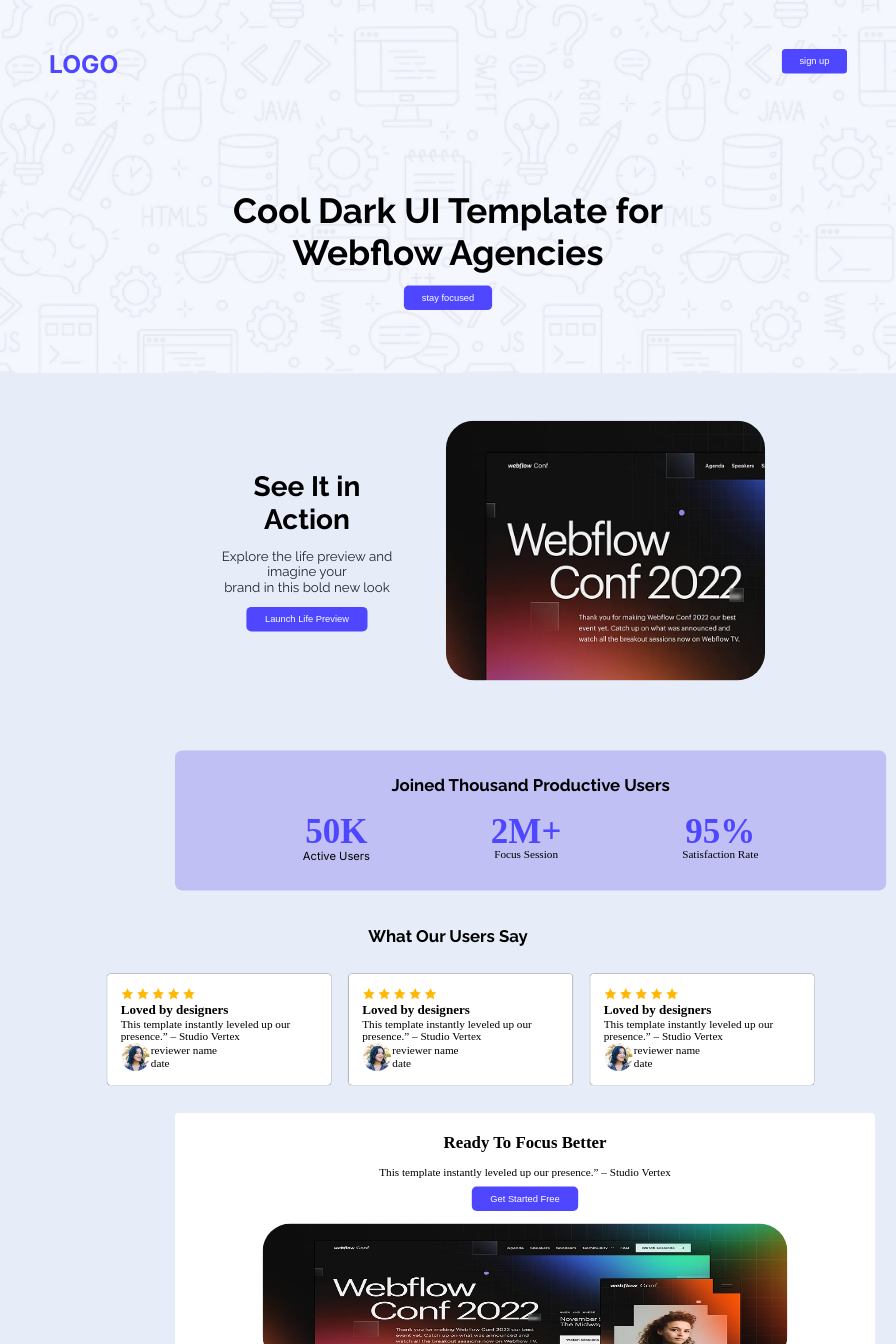
Repository: dollyrakhe22/landing-launchpad
Page: index.html
An editor plug-in stored every save of this project. The page is shown before and after the next save, followed by the edit.
The browser window is 1280 px wide. The pictures show the part of the page from y = 0 to 1920 px (the page is 2648 px tall before and 2641 px after), at 70% of full size.

Above is the page before, as saved 2025-07-11 14:37:30.

After the next save:
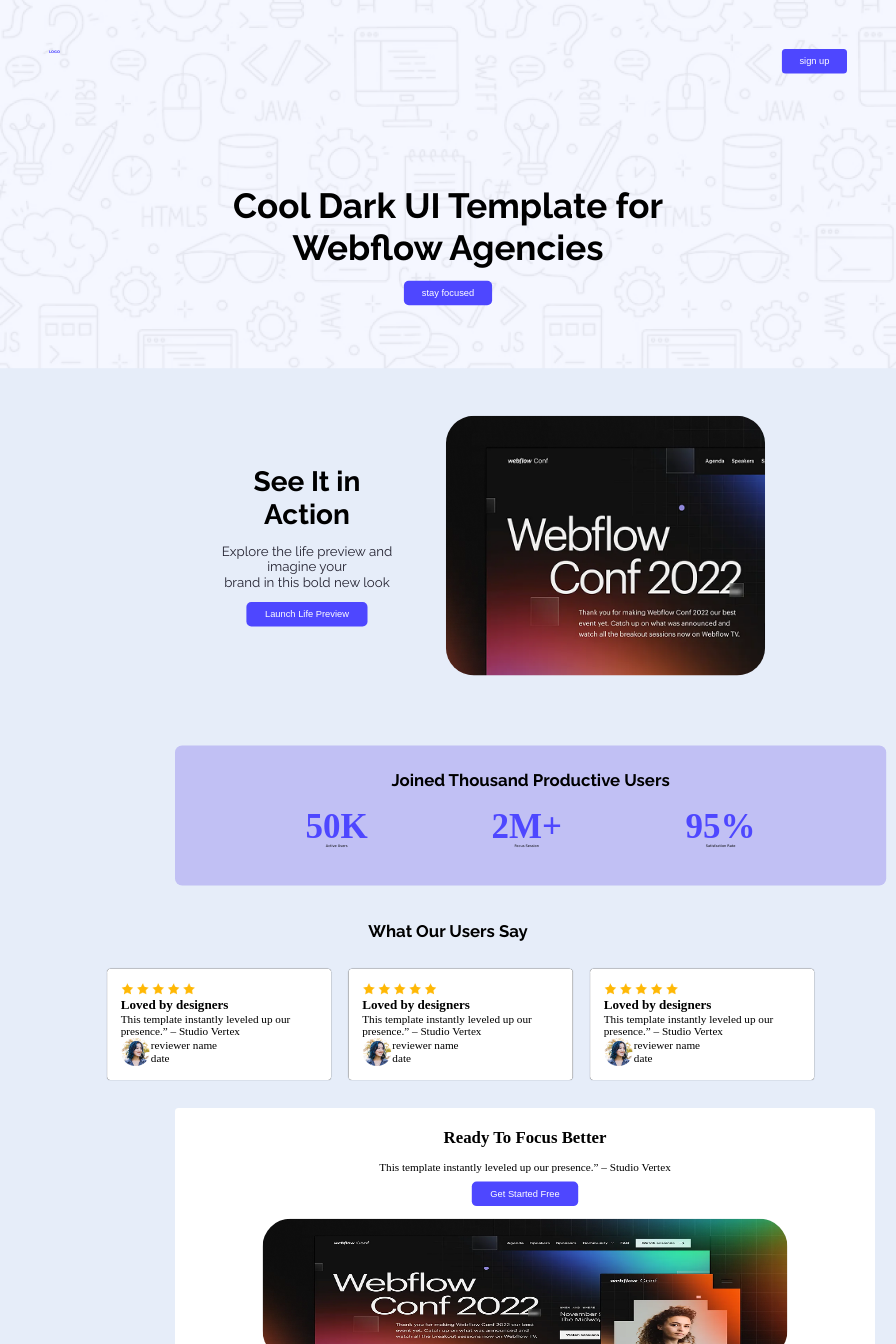
Saved 114 s later.
--- a/index.html
+++ b/index.html
@@ -45,11 +45,11 @@
             </div>
             <div>
                 <h1>2M+</h1>
-                <p>Focus Session</p>
+                <p class="inter-normal">Focus Session</p>
             </div>
             <div>
                 <h1>95%</h1>
-                <p>Satisfaction Rate</p>
+                <p class="inter-normal">Satisfaction Rate</p>
             </div>
             </div>
 
--- a/style.css
+++ b/style.css
@@ -9,6 +9,8 @@
   font-family: "Inter", sans-serif;
   font-optical-sizing: auto;
   font-style: normal;
+  font-size: 5px;
+  font-family: 'Lucida Sans', 'Lucida Sans Regular', 'Lucida Grande', 'Lucida Sans Unicode', Geneva, Verdana, sans-serif;
 }
 
 
